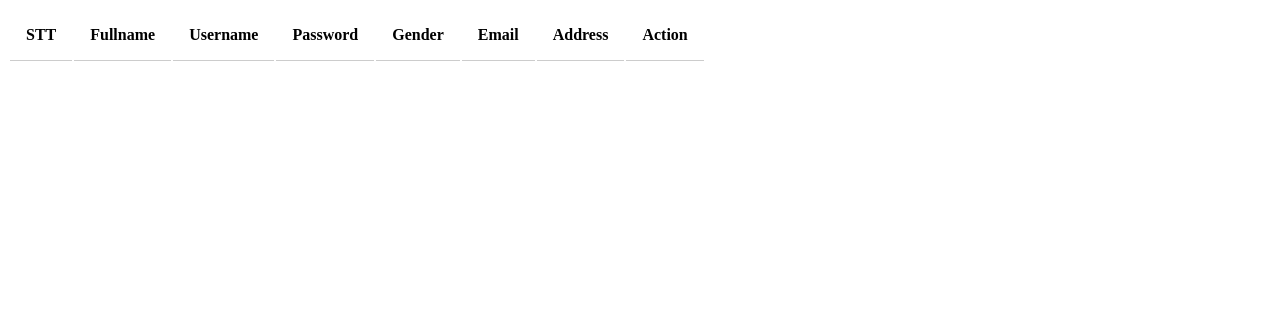
Repository: tung1233hhhhhhhhhhhhh/shoppingcart
Page: http://localhost/admin/user.php
These files come from the project's save history. The page is drawn as it stood at one moment and after the next save; the edit follows.
The browser window is 1280 px wide. The pictures show the whole page.
The page is run by PHP 8.4 with error messages shown; the project is at /var/www/html/. Queries for data that is not in the repository find no rows.

Above is the page before, as saved 2023-07-28 13:21:01.

### admin/user.php
<?php

    require '../admin/database.php';


?>

<!DOCTYPE html>
<html lang="en">

<head>
    <meta charset="UTF-8">
    <meta name="viewport" content="width=device-width, initial-scale=1.0">
    <title>Document</title>
</head>


<style>
    th ,td{
        padding: 1rem;
        border-bottom: 1px solid #ccc;
    }

    tr:nth-child(even){
        background-color: #ccc;
    }
</style>

<body>

    <table border="0">
        <thead>
        <tr>
            <th>STT</th>
            <th>Fullname</th>
            <th>Username</th>
            <th>Password</th>
            <th>Gender</th>
            <th>Email</th>
            <th>Address</th>
            <th>Action</th>
        </tr>
        </thead>
        <tbody>
        <?php

    $sql = $conn->query("SELECT * FROM tbl_users");

    $sql->execute();


        while ($row=$sql->fetch()) {
       echo"
        <tr>
            <td>$row[id]</td>
            <td>$row[fullname]</td>
            <td>$row[username]</td>
            <td>$row[password]</td>
            <td>$row[gender]</td>
            <td>$row[email]</td>
            <td>$row[address]</td>
            <td>
            <a>edit</a> /
            <a>delete</a>
            </td>
        </tr>
        ";
        }


        ?>
        </tbody>



    </table>

</body>

</html>

### admin/database.php
<?php
$dsn = "mysql:host=localhost;dbname=website";
$user = "root";
$pass = "";

try {
    $conn = new PDO($dsn,$user,$pass);
} catch (PDOException $e) {
    echo $e->getMessage();
}

?>

After the next save:
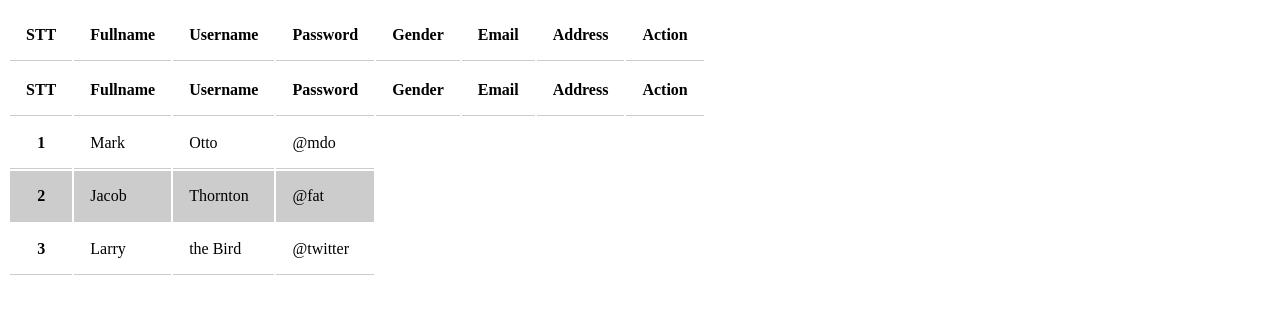
Saved 103 min 47 s later.
--- a/admin/user.php
+++ b/admin/user.php
@@ -75,6 +75,41 @@
 
     </table>
 
+    <table class="table table-striped">
+          <thead>
+            <tr>
+            <th scope="col">STT</th>
+            <th scope="col">Fullname</th>
+            <th scope="col">Username</th>
+            <th scope="col">Password</th>
+            <th scope="col">Gender</th>
+            <th scope="col">Email</th>
+            <th scope="col">Address</th>
+            <th scope="col">Action</th>
+            </tr>
+          </thead>
+          <tbody>
+            <tr>
+              <th scope="row">1</th>
+              <td>Mark</td>
+              <td>Otto</td>
+              <td>@mdo</td>
+            </tr>
+            <tr>
+              <th scope="row">2</th>
+              <td>Jacob</td>
+              <td>Thornton</td>
+              <td>@fat</td>
+            </tr>
+            <tr>
+              <th scope="row">3</th>
+              <td>Larry</td>
+              <td>the Bird</td>
+              <td>@twitter</td>
+            </tr>
+          </tbody>
+        </table>
+
 </body>
 
 </html>
